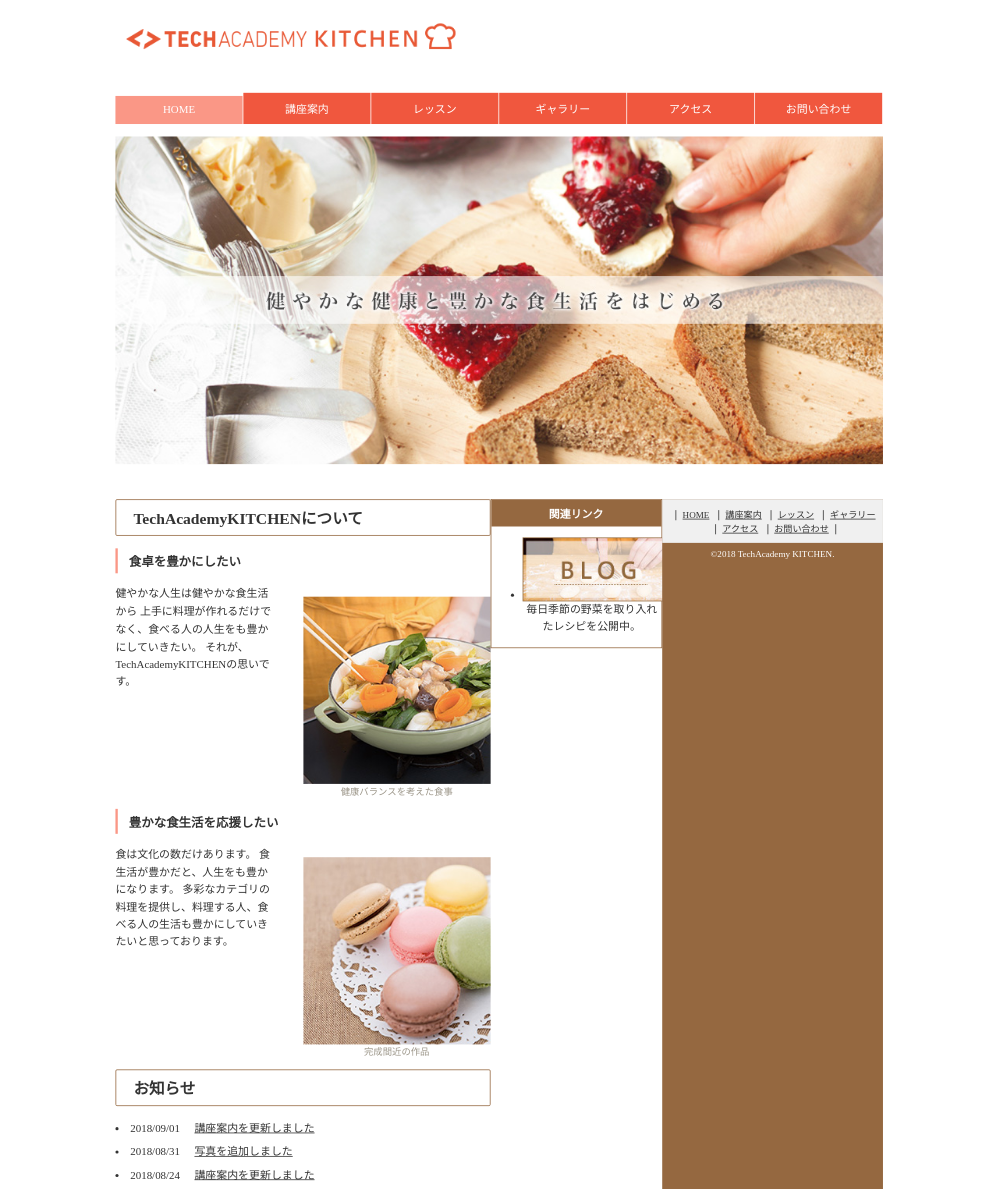
Repository: momoppii/checkii
Page: kitchen.html
The author's editor kept a record of every edit. The page is drawn from the files as they stood at one moment, then again after the next edit.
The browser window is 1280 px wide. The pictures show the whole page, at 78% of full size.

Above is the page before.

### kitchen.html
<!DOCTYPE html>
<html lang="ja">
    <head>
        <meta charset="UTF-8">
        <title>TechAcademy KITCHEN</title>
        <link rel="stylesheet" href="kitchen.css">
        </head>
        <body>
            <!--ここからヘッダー-->
            <header>
                <h1><a href="kitchen.html"><img src="images_kitchen/logo.png" alt="TechAcademy KITCHEN"></a></h1>
                <nav id="global_navi">
                    <ul>
                        <li class="current"><a href="kitchen.html">HOME</a></li>
                        <li><a href="course.html">講座案内</a></li>
                        <li><a href="lesson.html">レッスン</a></li>
                        <li><a href="gallery.html">ギャラリー</a></li>
                        <li><a href="access.html">アクセス</a></li>
                        <li><a href="contact.html">お問い合わせ</a></li>
                    </ul>
                </nav>
            </header>
            <!--ヘッダーここまで-->
            <!--ここからメインビジュアル画像-->
            <div id="main_visual">
                <img src="images_kitchen/main_visual.jpg"alt="健やかな健康と豊かな食生活をはじめる">
            </div>
            <!--メインビジュアル画像ここまで-->
            <!--ここからwrapper-->
            <div id="wrapper">
                <!--ここからメイン-->
                <div id="main">
                    <section>
                        <h2>TechAcademyKITCHENについて</h2>
                        <section>
                            <h3>食卓を豊かにしたい</h3>
                            <div class="point">
                                <p>
                                    健やかな人生は健やかな食生活から

                                    上手に料理が作れるだけでなく、食べる人の人生をも豊かにしていきたい。

                                    それが、TechAcademyKITCHENの思いです。
                                </p>
                                <figure>
                                    <img src="images_kitchen/photo01.jpg"
                                    alt="TechAcademy KITCHENについて1">
                                    <figcaption>健康バランスを考えた食事</figcaption>
                                </figure>
                            </div>
                        </section>
                        <section>
                            <h3>豊かな食生活を応援したい</h3>
                            <div class="point">
                                <p>
                                    食は文化の数だけあります。

                                    食生活が豊かだと、人生をも豊かになります。

                                    多彩なカテゴリの料理を提供し、料理する人、食べる人の生活も豊かにしていきたいと思っております。
                                </P>
                                <figure>
                                    <img src="images_kitchen/photo02.jpg"
                                    alt="TechAcademy KITCHENについて2">
                                    <figcaption>完成間近の作品</figcaption>
                                </figure>
                            </div>
                        </section>
                        <section id="news">
                            <h2>お知らせ</h2>
                            <lu>
                                <li>
                                    <span>2018/09/01</span>
                                    <a href="course.html">講座案内を更新しました</a>
                                </li>
                                <li>
                                    <span>2018/08/31</span>
                                    <a href="gallery.html">写真を追加しました</a>
                                </li>
                                <li>
                                    <span>2018/08/24</span>
                                    <a href="course.html">講座案内を更新しました</a>
                                </li>
                            </lu>
                    </section>
                </div>
                <!--メインここまで-->
                <!--ここからサイド-->
                <aside id="sidebar">
                    <section id="side_banner">
                        <h2>関連リンク</h2>
                        <ul>
                            <li>
                                <a href="http://techacademy.jp/magazine/"
                                target="_blank"><img src="images_kitchen/banner01.jpg"alt="ブログ"></a>
                                <p>毎日季節の野菜を取り入れたレシピを公開中。</P>
                            </li>
                        </lu>
                    </section>
                </aside>
                <!--サイドここまで-->
            </<div>
            <!--wrapperここまで-->
            <!--ここからフッター-->
            <footer>
                <div id="footer_navi">
                    <ul>
                        <li><a href="kitchen.html">HOME</a></li>
                        <li><a href="course.html">講座案内</a></li>
                        <li><a href="lesson.html">レッスン</a></li>
                        <li><a href="gallery.html">ギャラリー</a></li>
                        <li><a href="access.html">アクセス</a></li>
                        <li><a href="contact.html">お問い合わせ</a></li>
                    </ul>
                </div>
                <small>&copy;2018 TechAcademy KITCHEN.</small>
            </footer>
            <!--フッターここまで-->
        </body>
</html>

### kitchen.css
@charset "UTF=8";

    body{
            margin: 0;
            padding: 0;
            color: #333;
            font-size: 14px;
    }

    a{
        color: #333;
    }

    a:visited{
        color: #333;
    }

    a:hover{
        color: #333;
        font-weight: 700;
        text-decoration: none;
    }

    h1,h2,h3,h4,h5,h6{
        margin-top: 0;
    }

    p{
        margin-top: 0;
        line-height: 1.6;
    }

    img{
        vertical-align: bottom;
    }

    #main h2{
        font-size: 20px;
        padding: 8px 22px;
        border-radius: 2px;
        border: 1px solid #956840;
    }

    #main h3{
        font-size: 16px;
        border-left: solid 3px #fa9786;
        padding: 4px 9px 4px 14px;
    }

    header{
        width: 984px;
        margin: 0 auto;
    }

    header hi{
        margin: 5px 0 10px;
    }

    #global_navi{
        margin-bottom: 16px;
    }

    #global_navi ul{
        font-size: 0;
        list-style: none;
        margin: 0;
        padding: 0;
    }

    #global_navi ul li{
        font-size: 14px;
        display: inline-block;
        width: 163px;
        margin-right: 1px;
        text-align: center;
    }

    #global_navi ul li a{
        display: block;
        padding: 10px 16px;
        background-color: #f0573e;
        color: #fff;
        text-decoration: none;
        transition: background-color .2s linear;
    }

    #global_navi ul li.current a{
        background-color: #fa9786;
    }

    #global_navi ul li a:hover{
        background-color: #fa9786;
    }

    #main_visual{
       width: 984px;
       height: 440px;
       margin: 0 auto 25px;
    }

    #wrapper{
        width: 984px;
        margin: 0 auto;
        display: flex;
        justify-content: space-between;
    }

    #main{
        width: 730px;
    }

    #sidebar{
        width: 220px;
    }

   .point{
       display: flex;
       justify-content: space-between;
    }

    .point figure{
        margin-right: 0;
    }

    .point figcaption{
        font-size: 12px;
        color: #9C9689;
        text-align: center;
    }

    #news ul{
        list-style: none;
        padding: 0;
    }

    #news li{
        margin-bottom: 10px;
    }

    #news li a{
        margin-left: 15px;
    }

    #side_banner{
        list-style: none;
        padding: 0;
    }

    #side_banner{
        margin-bottom: 30px;
        border: 1px solid #956840;
        text-align: center;
    }

    #side_banner h2{
        background-color: #956840;
        color:#fff;
        padding: 7px;
        font-size: 14px;
    }

    footer #footer_navi ul{
        list-style: none;
        margin: 0;
        padding: 0;
    }

    footer {
        background-color: #956840;
        text-align: center;
    }

    footer #footer_navi{
        background-color: #f0f0f0;
        padding: 10px 0;
    }

    footer #footer_navi li{
        display: inline;
        border-left: solid 1px #333;
        margin-left: 8px;
        padding-left: 8px;
        font-size: smaller;
    }

    footer #footer_navi li:last-child{
        border-right: solid 1px #333;
        padding: 0 8px;
    }

    footer small{
        display: block;
        padding: 8px 0;
        color: #fff;
    }

After the next edit:
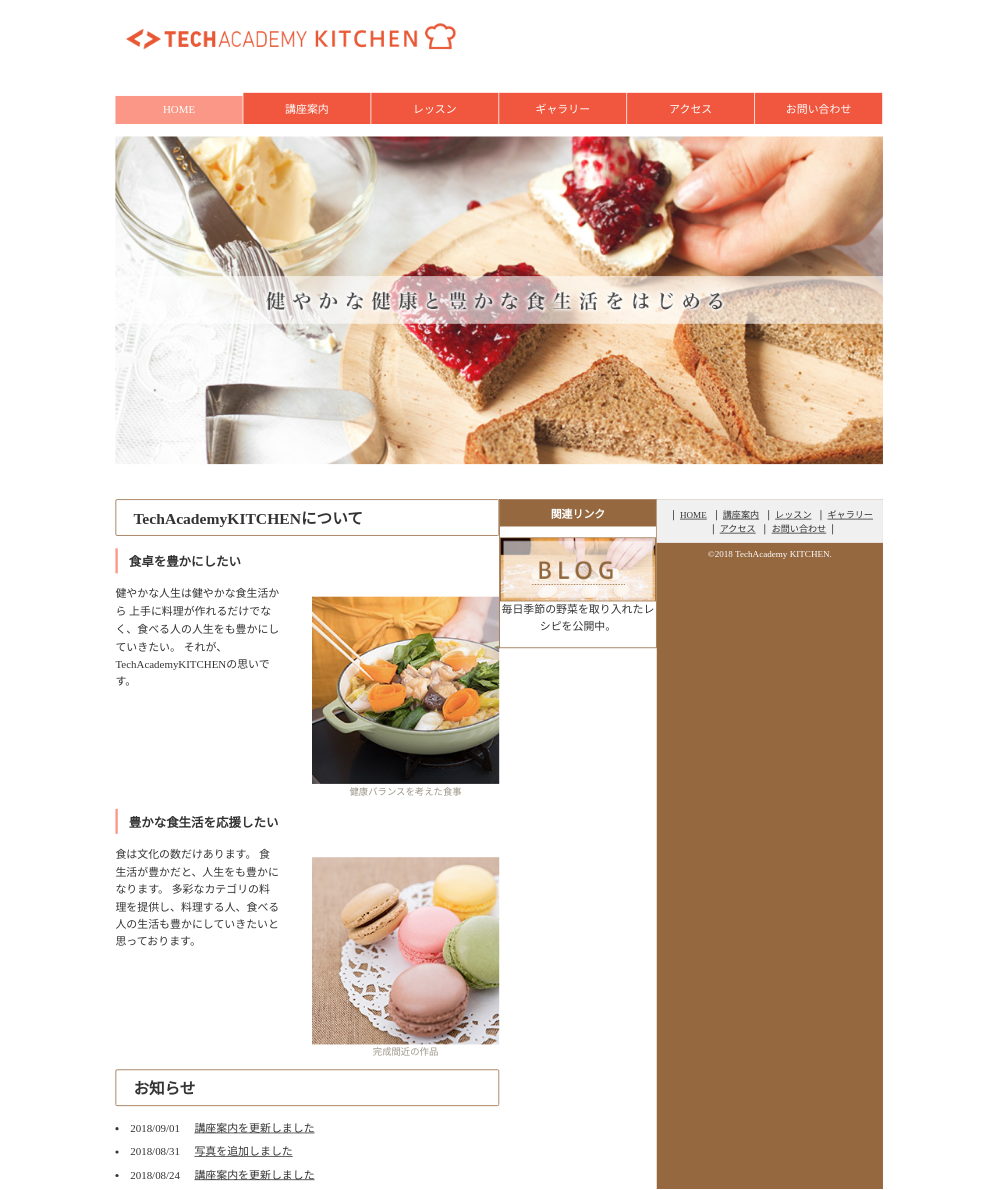
The edit:
--- a/kitchen.css
+++ b/kitchen.css
@@ -141,7 +141,7 @@
         margin-left: 15px;
     }
 
-    #side_banner{
+    #side_banner ul{
         list-style: none;
         padding: 0;
     }
